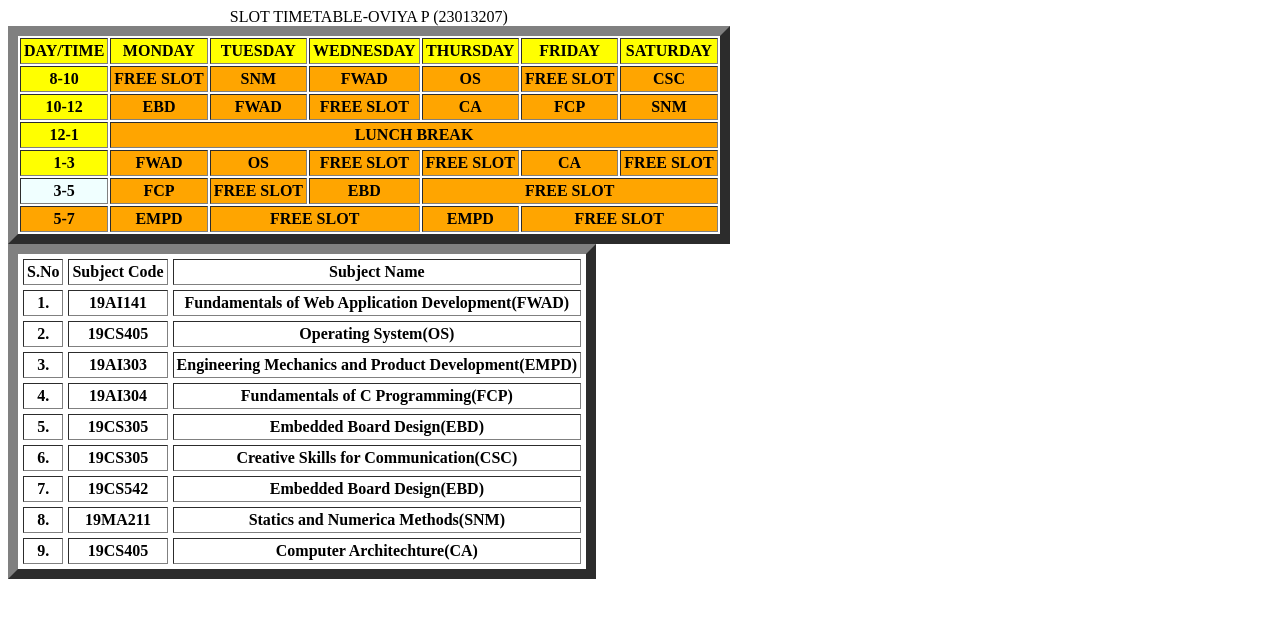
Repository: Oviya24032K6/slot
Page: oviya/static/time.html
An editor plug-in stored every save of this project. The page is shown before and after the next save, followed by the edit.
The browser window is 1280 px wide. The pictures show the whole page.

Above is the page before, as saved 2024-03-15 20:38:31.

### oviya/static/time.html
<html>
    <head>
        <title>SLOT TIMETABLE-OVIYA P (23013207)</title>
    </head>
    <body bgcolor="white" align="center" >
    <table align="left" border="10" cellspacing="2" cellpadding="3">
    <caption>SLOT TIMETABLE-OVIYA P (23013207)</caption>
        <tr>
            <th bgcolor="yellow">DAY/TIME</th>
            <th bgcolor="yellow">MONDAY</th>
            <th bgcolor="yellow">TUESDAY</th>
            <th bgcolor="yellow">WEDNESDAY</th>
            <th bgcolor="yellow">THURSDAY</th>
            <th bgcolor="yellow">FRIDAY</th>
            <th bgcolor="yellow">SATURDAY</th>
        </tr>
        <tr>
            <th bgcolor="yellow">8-10</th>
            <th bgcolor="orange">FREE SLOT</th>
            <th bgcolor="orange">SNM</th>
            <th bgcolor="orange">FWAD</th>
            <th bgcolor="orange">OS</th>
            <th bgcolor="orange">FREE SLOT</th>
            <th bgcolor="orange">CSC</th>
        </tr>
        <tr>
            <th bgcolor="yellow">10-12</th>
            <th bgcolor="orange">EBD</th>
            <th bgcolor="orange">FWAD</th>
            <th bgcolor="orange">FREE SLOT</th>
            <th bgcolor="orange">CA</th>
            <th bgcolor="orange">FCP</th>
            <th bgcolor="orange">SNM</th>
        </tr>
        <tr>
            <th bgcolor="yellow">12-1</th>
            <th bgcolor="orange" colspan="6">LUNCH BREAK</th>
        </tr>
        <tr>
            <th bgcolor="yellow">1-3</th>
            <th bgcolor="orange">FWAD</th>
            <th bgcolor="orange">OS</th>
            <th bgcolor="orange">FREE SLOT</th>
            <th bgcolor="orange">FREE SLOT</th>
            <th bgcolor="orange">CA</th>
            <th bgcolor="orange">FREE SLOT</th>
        </tr>
        <tr>
            <th bgcolor="azure">3-5</th>
            <th bgcolor="orange">FCP</th>
            <th bgcolor="orange">FREE SLOT</th>
            <th bgcolor="orange">EBD</th>
            <th bgcolor="orange" colspan="4">FREE SLOT</th>
        </tr>
        <tr>
            <th bgcolor="orange">5-7</th>
            <th bgcolor="orange" >EMPD</th>
            <th bgcolor="orange" colspan="2">FREE SLOT</th>
            <th bgcolor="orange" >EMPD</th>
            <th bgcolor="orange" colspan="2">FREE SLOT</th>

        </tr>

    </table>
    <br>
    <br>
    <table align="left" border="10" cellspacing="5" cellpadding="3">
        <tr>
            <th>S.No</th>
            <th>Subject Code</th>
            <th>Subject Name</th>
        </tr>
        <tr>
            <th>1.</th>
            <th>19AI141</th>
            <th>Fundamentals of Web Application Development(FWAD)</th>
        </tr>
        <tr>
            <th>2.</th>
            <th>19CS405</th>
            <th>Operating System(OS)</th>
        </tr>
        <tr>
            <th>3.</th>
            <th>19AI303</th>
            <th>Engineering Mechanics and Product Development(EMPD)</th>
        </tr>
        <tr>
            <th>4.</th>
            <th>19AI304</th>
            <th>Fundamentals of C Programming(FCP)</th>
        </tr>
        <tr>
            <th>5.</th>
            <th>19CS305</th>
            <th>Embedded Board Design(EBD)</th>
        </tr>
        <tr>
            <th>6.</th>
            <th>19CS305</th>
            <th>Creative Skills for Communication(CSC)</th>
        </tr>
        <tr>
            <th>7.</th>
            <th>19CS542</th>
            <th>Embedded Board Design(EBD)</th>
        </tr>
        <tr>
            <th>8.</th>
            <th>19MA211</th>
            <th>Statics and Numerica Methods(SNM)</th>
        </tr>
        <tr>
            <th>9.</th>
            <th>19CS405</th>
            <th>Computer Architechture(CA)</th>
        </tr>
    </table>
</body>
</html>
</html>

After the next save:
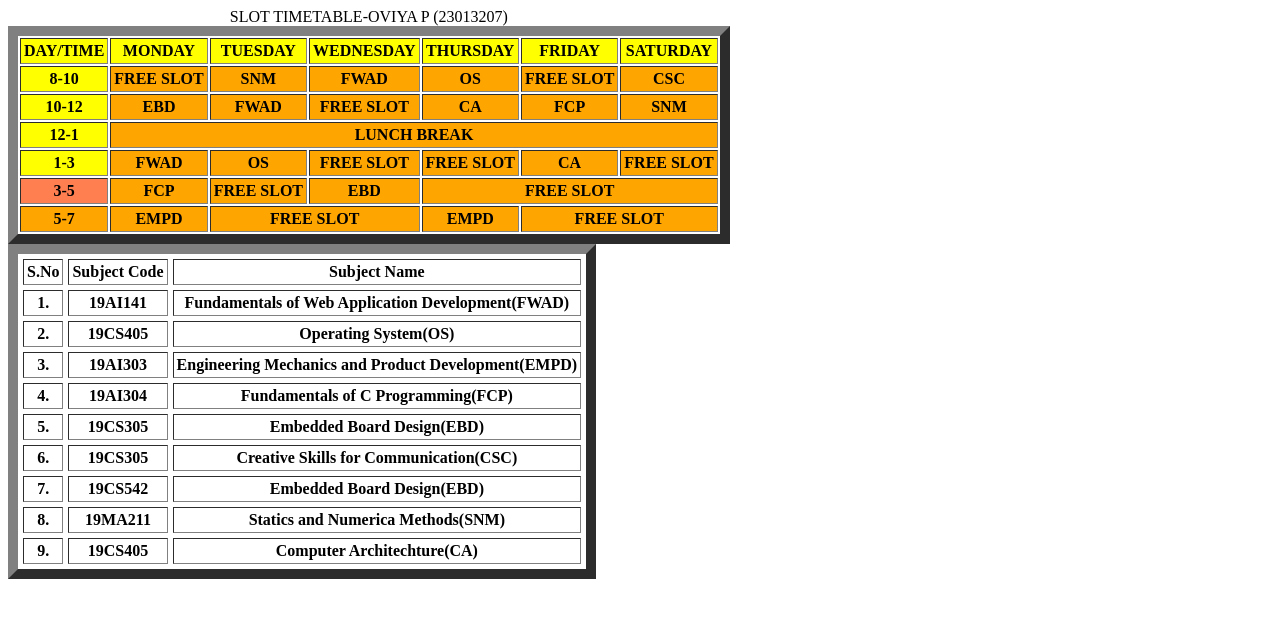
Saved 11 s later.
--- a/oviya/static/time.html
+++ b/oviya/static/time.html
@@ -46,7 +46,7 @@
             <th bgcolor="orange">FREE SLOT</th>
         </tr>
         <tr>
-            <th bgcolor="azure">3-5</th>
+            <th bgcolor="coral">3-5</th>
             <th bgcolor="orange">FCP</th>
             <th bgcolor="orange">FREE SLOT</th>
             <th bgcolor="orange">EBD</th>
